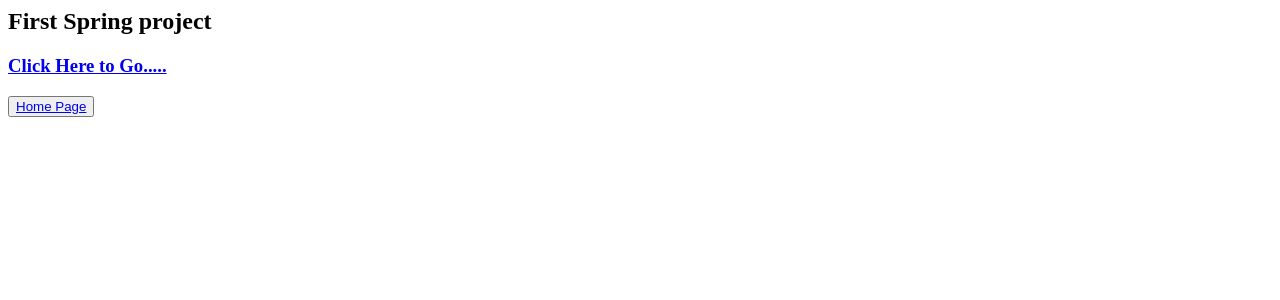
Repository: himanshurai26/Spring-Framewrok-code-
Page: http://localhost/firstSpringmvcproject/
The author's editor kept a copy of each file at every save. The page is drawn from the files as they stood at one save, then again after the next save.
The browser window is 1280 px wide. The pictures show the whole page.
The page is served by Tomcat 9. Other server files are loaded and not shown.

Above is the page before, as saved 2023-07-24 20:36:59.

### SpringMVC/firstSpringmvcproject/src/main/webapp/index.jsp
<html>
<title>Index Page</title>
<body>
<h2>First Spring project </h2>

<h3><a href="hello">Click Here to Go.....</a></h3>
<h3><button><a href="home">Home Page</a></button></h3>
</body>
</html>

After the next save:
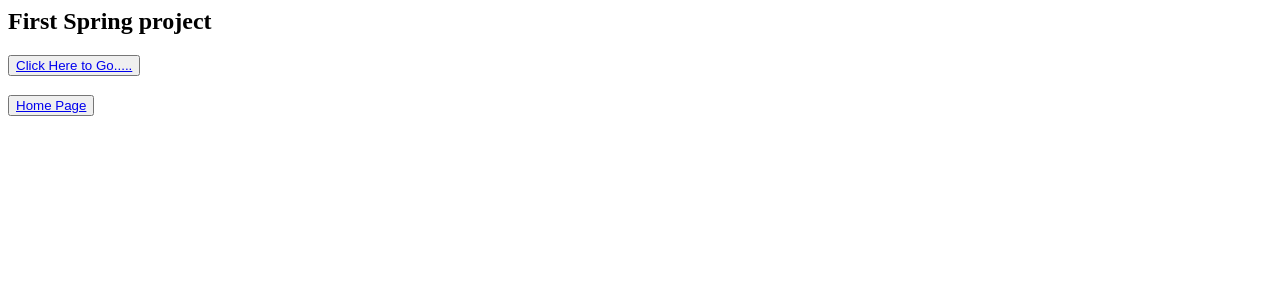
Saved 34 s later.
--- a/SpringMVC/firstSpringmvcproject/src/main/webapp/index.jsp
+++ b/SpringMVC/firstSpringmvcproject/src/main/webapp/index.jsp
@@ -3,7 +3,7 @@
 <body>
 <h2>First Spring project </h2>
 
-<h3><a href="hello">Click Here to Go.....</a></h3>
+<h3><button><a href="hello">Click Here to Go.....</a></button></h3>
 <h3><button><a href="home">Home Page</a></button></h3>
 </body>
 </html>
